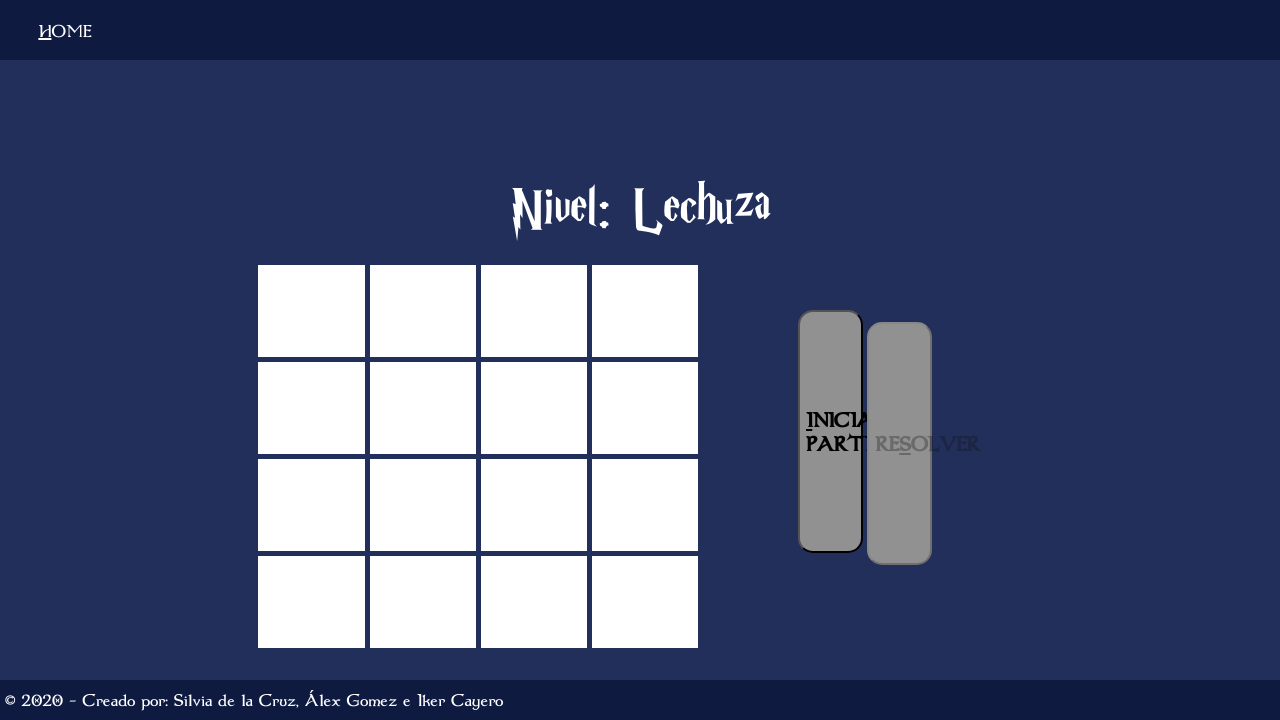
Repository: alexgomezdev/RavenclawSimon
Page: http://localhost/start.php?do=tryagain
An editor plug-in stored every save of this project. The page is shown before and after the next save, followed by the edit.
The browser window is 1280 px wide. The pictures show the whole page.
The page is run by PHP 8.4 with error messages shown; the project is at /var/www/html/.

Above is the page before, as saved 2020-11-06 15:48:39.
Console error: TypeError: Cannot set properties of null (setting 'innerHTML')

### start.php
<!DOCTYPE html>
<?php
session_start();
?>
<html lang="en">

<head>
    <link rel="stylesheet" href="templates/lib.css">
    <link rel="stylesheet" href="templates/start.css">
    <link rel="stylesheet" href="templates/general.css">
    <meta charset="UTF-8">
    <meta name="viewport" content="width=device-width, initial-scale=1.0">
    <title>Ravenclaw Simon</title>
    <audio id="start" src="templates/assets/audio/start.wav"></audio>
    <audio id="select" src="templates/assets/audio/select.mp3"></audio>
    <audio id="solve" src="templates/assets/audio/solve.mp3"></audio>
</head>

<body>
    <header>
        <div id="home_link_div">
            <a href="index.php" id="home_link" accesskey="h"><underline class="accesskey">H</underline>OME</a>
        </div>
    </header>
    <div id="show_name">
        <?php
        if (isset($_POST['username'])) {
            $username = $_POST['username'];
            if (isset($_SESSION['user']) && $_SESSION['user'] != $_POST['username']) {
                session_unset();
            }
            if (isset($_SESSION['user'])) {
                echo 'Jugador: ' . $_SESSION['user'];
            } else {
                $_SESSION['user'] = $username;

                echo 'Jugador: ' . $_SESSION['user'];
            }
        } else {
            if (isset($_SESSION['user'])) {
                echo 'Jugador: ' . $_SESSION['user'];
            }
        }
        if (isset($_SESSION['lvl'])) {
            if ( isset($_GET["do"]) && $_GET["do"] == "next") {
                $_SESSION['rankPoints'] = $_SESSION['rankPoints'] + 1000;
                $_SESSION['lvl'] = $_SESSION['lvl'] + 1;
            } else if (isset($_GET["do"]) && $_GET["do"] == "tryagain") {
                $_SESSION['rankPoints'] = $_SESSION['rankPoints'] - 50;
            }
        } else {
            $_SESSION['lvl'] = 0;
        }
        if (!isset($_SESSION['rankPoints'])) {
            $_SESSION['rankPoints'] = 1000;
        }
        $archivo = file('templates/config.txt');
        $nivel = explode(";", $archivo[$_SESSION['lvl']]);
        $filas = explode("x", $nivel[1]);
        $randArray = [];
        $randNum = [];
        $segons = $nivel[3] * 1000;
        echo "</br>Nivel: " . $nivel[0];
        ?>
        <script type="text/javascript">
            var segons = <?php echo $segons; ?>

        </script>
    </div>
    <script src="js/playing.js"></script>
    <div class=" maxwd just-cont-center ds-flex">
        <div class="table">
            <?php

            for ($m = 1; $m <= $nivel[2]; $m++) {
                $randNum = rand(0, ($filas[0] * $filas[1]) - 1);
                if (in_array($randNum, $randArray)) {
                    $m = $m - 1;
                } else {
                    array_push($randArray, $randNum);
                }
            }
            //echo "<PRE>" . print_r($_SESSION['lvl'], true) . "</PRE>";
            //0. NOM, 1. MATRIU, 2. PINTAR 3. SEGS, 4.CODI

            $cont = 0;
            //echo "<PRE>" . var_export($nivel, true) . "</PRE>";

            echo " <table class='tg'><tbody>";
            for ($i = 1; $i <= $filas[0]; $i++) {
                echo "<tr>";
                for ($x = 1; $x <= $filas[1]; $x++) {
                    if (in_array($cont, $randArray)) {
                        echo "<td class='tg plus'  id='. $cont . ' ' '></td>";
                        $cont = $cont + 1;
                    } else {
                        echo "<td class='tg' id='. $cont . ' '></td>";
                        $cont = $cont + 1;
                    }
                }
                echo "</tr>";
            }
            echo " </tbody> </table>";
            //echo "<PRE>" . print_r($filas, true) . "</PRE>";
            ?>
        </div>
        <div class=" ds-flex just-space-around">
            <div id="button_div">
                <button class="button_play" onclick="showNices(); start()" accesskey="i">
                    <h3><underline class="accesskey">I</underline>NICIAR PARTIDA</h3>
                </button>
                <button class="button_play" id="solve_button" onclick="winorlose()" accesskey="s" disabled>
                    <h3>RE<underline class="accesskey" onclick="solve()">S</underline>OLVER</h3>
                </button>
            </div>
        </div>
    </div>
    <footer>
        <div id="footer_content">
            &#0169 2020 - Creado por: Silvia de la Cruz, Álex Gomez e Iker Cayero
        </div>
    </footer>
    <script type="text/javascript" src="main.js"></script>
</body>

</html>

### templates/config.txt
Lechuza;4x4;5;3;AA11
Duendecillo;4x4;7;3;AZ21
Centauro;4x4;8;2.5;BA3G
Trol;4x4;10;2.5;S7R
Hipogrifo;5x5;7;3.5;R67T
Gigante;5x5;10;3;78K5
Dementor;5x5;13;3;OPH0
Cancerbero;5x5;14;2.5;I796
Dragón;5x5;15;2.5;9UGG
Basilisco;6x6;16;3;6GPD

### templates/lib.css
.maxwd {
  width: 100%;
}

.ds-flex {
  display: flex;
}
.just-cont-center {
  justify-content: center;
}
.just-space-around {
  justify-content: space-around;
}

### templates/start.css
.tg {
  border-collapse: collapse;
  border-width: 5px;
  width: 450px;
  height: 90px;
  background-color: white;
  border-style: solid;
  border-color: #222f5b;
}

#show_name {
  color: #ffffff;
  font-family: "Harry_Potter";
  font-size: 60px;
  width: 100%;
  text-align: center;
  margin-top: 120px;
  margin-bottom: 20px;
}

table {
  width: 100%;
  margin: 0 auto;
}

.nice {
  background-color: #946b2d;
}

#button_div {
  display: inline-block;
  margin-top: 50px;
  margin-bottom: 100px;
  text-align: center;
  width: 100%;
}

.button_play {
  border-radius: 15px;
  background-color: #919191;
  font-family: "Dumbledore";
  font-size: 20px;
  width: 20%;
  height: 100%;
}

.button_play:hover {
  color: #5d5d5d;
  background-color: #ffffff;
}

.choosed {
  background-color: aqua;
}

### templates/general.css
@font-face {
  font-family: "Harry_Potter";
  src: url("../templates/typography/HARRYP.TTF") format("truetype");
}

@font-face {
  font-family: "Dumbledore";
  src: url("../templates/typography/dumbledor.1.ttf") format("truetype");
}

html {
  min-height: 100%;
  position: relative;
}

body {
  font-family: "Dumbledore";
  background-color: #222f5b;
}

header {
  background-color: #0e1a40;
  top: 0;
  left: 0;
  position: fixed;
  width: 100%;
  height: 60px;
  display: inline-flex;
}

#home_link_div {
  margin-left: 3%;
  padding-top: 9px;
  text-align: center;
  width: 3%;
  height: 100%;
  margin-right: none;
}

#home_link {
  display: flex;
  justify-content: center;
  align-items: center;
  color: #ffffff;
  font-size: 20px;
  text-decoration: none;
  width: min-content;
  height: 60%;
  margin-top: 10%;
  margin-bottom: 10%;
}

#title {
  color: #ffffff;
  font-family: "Harry_Potter";
  font-size: 60px;
  width: 100%;
  text-align: center;
  margin-top: 120px;
}

underline {
  text-decoration: underline;
}
main {
  width: 100%;
}

footer {
  color: #ffffff;
  background-color: #0e1a40;
  bottom: 0;
  left: 0;
  position: absolute;
  width: 100%;
  height: 30px;
  display: flex;
  padding-top: 10px;
  clear: both;
}

#footer_content {
  margin-left: 5px;
  color: #ffffff;
  font-size: 20px;
  vertical-align: center;
  height: 60%;
}

### js/playing.js
var tdscorrects = document.getElementsByClassName('plus');
function hideNices (){
    for (const key of tdscorrects) {
        key.classList.remove('nice');
    }
    document.getElementById("solve_button").removeAttribute('disabled');
    var clickable = document.getElementsByClassName('tg');
    var clickable = document.getElementsByClassName('tg');
    for (const x of clickable) {
        x.setAttribute('onclick', 'choose(this.id)');
    }
    startTime =new Date();
};
function showNices(){
    for (const x of tdscorrects) {
            x.classList.add('nice');
        }
    setTimeout(hideNices,4000)
    };

function choose(id) {
    var elem = document.getElementById(id);
    if (elem.classList.contains('nice')){
        elem.classList.remove('nice');
    }else{
        elem.classList.add('nice');
    }
    document.getElementById('select').play();
};

function winorlose() {
    endTime = new Date();
    var intervalTime = endTime - startTime ;
    intervalTime = intervalTime/100;
    timeToReturn = Math.round(intervalTime);
    var playResut = document.getElementsByClassName('plus nice');
    var contNice = document.getElementsByClassName('nice')
    if ((contNice.length == tdscorrects.length) && ((playResut.length == tdscorrects.length)) ){
        window.open("success.php?tiempo="+timeToReturn, "_self");
    }else{
        window.open("gameOver.php", "_self");
    }
    // alert(playResut.length);
};

function start() {
    document.getElementById('start').play();
};

function solve() {
    document.getElementById('solve').play();
};

window.onload = updateClock;
var totalTime = segons;

function updateClock() {
document.getElementById('countdown').innerHTML = totalTime;
if(totalTime==0){
alert('Final');
}else{
totalTime-=1;
setTimeout("updateClock()",1000);
}
}

### main.js
function cambia_color() {
    celda= document.getElementById("celda"+document.fcolor.celda.value)
    celda.style.backgroundColor=document.fcolor.micolor.value
}

After the next save:
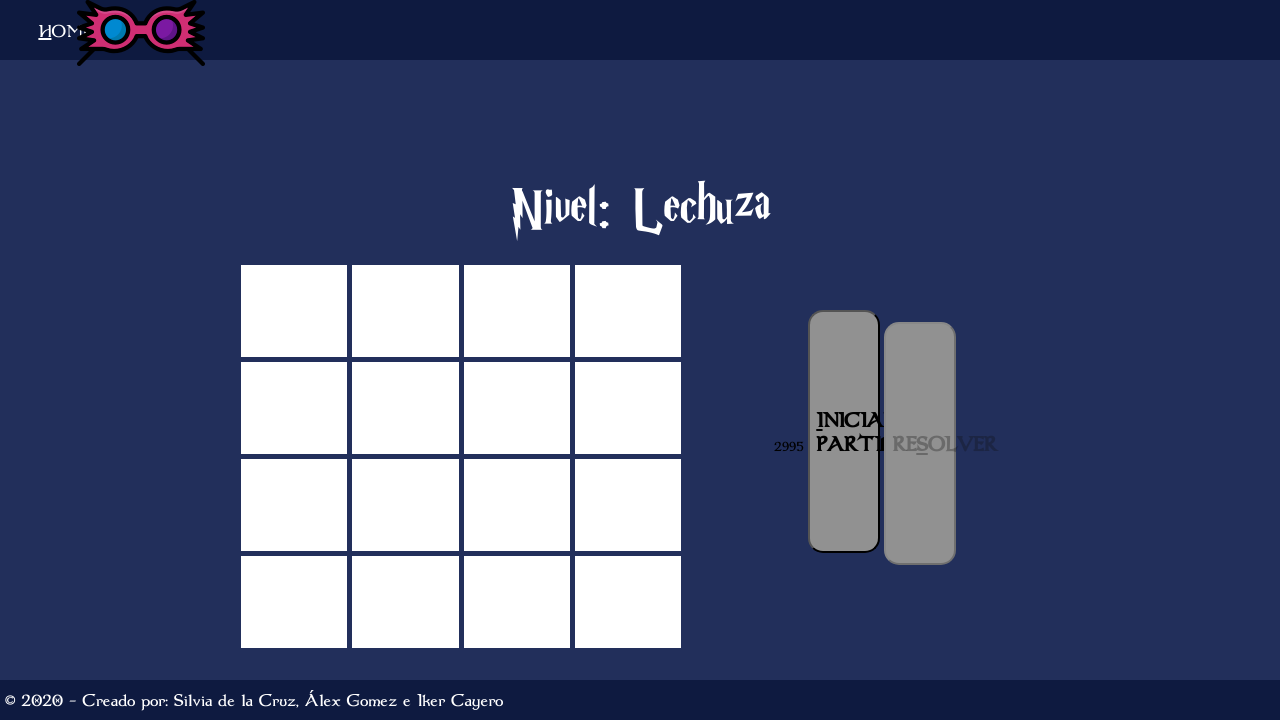
The error is gone.
Saved 47 s later.
--- a/start.php
+++ b/start.php
@@ -20,6 +20,9 @@
     <header>
         <div id="home_link_div">
             <a href="index.php" id="home_link" accesskey="h"><underline class="accesskey">H</underline>OME</a>
+        </div>
+        <div id="colorblind_button_div">
+            <img src="templates/assets/icono_daltonico.png" alt="Modo daltónico" id="colorblind_icon">
         </div>
     </header>
     <div id="show_name">
@@ -106,6 +109,7 @@
         </div>
         <div class=" ds-flex just-space-around">
             <div id="button_div">
+                <span id="countdown"></span>
                 <button class="button_play" onclick="showNices(); start()" accesskey="i">
                     <h3><underline class="accesskey">I</underline>NICIAR PARTIDA</h3>
                 </button>
